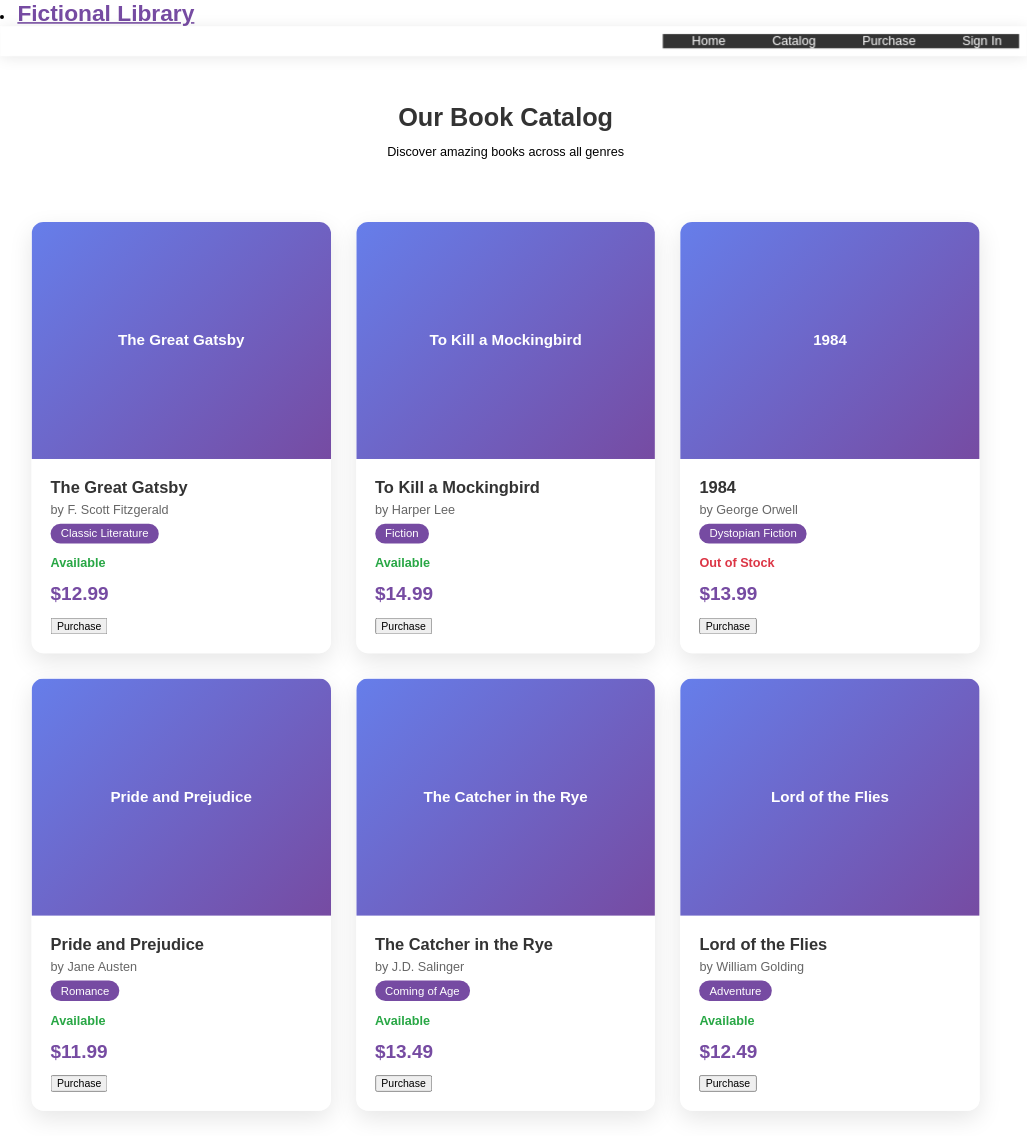
Repository: Ibrahim-Abohola/BookStore
Page: catalog.html
An editor plug-in stored every save of this project. The page is shown before and after the next save, followed by the edit.
The browser window is 1280 px wide. The page is 1300 px wide, so the pictures cover 1300 px, including what lies to the right of the window. The pictures show the whole page, at 79% of full size.

Above is the page before, as saved 2025-07-15 21:10:42.

### catalog.html
<!DOCTYPE html>
<html lang="en">
    <head>
    <meta charset="UTF-8">
    <meta name="viewport" content="width=device-width, initial-scale=1.0">
    <link rel="stylesheet" href="styles.css">
    <title>Catalog</title>
    </head>
    <body>
    <li><a href="Homepage.html" class = "logo">Fictional Library</a></li>
    <nav class="top-nav">
    <ul>
      <li><a href="Homepage.html">Home</a></li>
      <li><a href="catalog.html">Catalog</a></li>
      <li><a href="purchase.html">Purchase</a></li>
      <li><a href="signin.html">Sign In</a></li>
    </ul>
  </nav>
        <div class="catalog-header">
            <h2>Our Book Catalog</h2>
            <p>Discover amazing books across all genres</p>
        </div>
        <div class="container">
            <div class="books-grid">
                <div class="book-card">
                    <div class="book-cover">The Great Gatsby</div>
                    <div class="book-info">
                        <div class="book-title">The Great Gatsby</div>
                        <div class="book-author">by F. Scott Fitzgerald</div>
                        <div class="book-genre">Classic Literature</div>
                        <div class="availability available">Available</div>
                        <div class="price">$12.99</div>
                        <a href="purchase.html?title=Book%20Title%201&author=Author%20A&genre=Fiction&image=images/book1.jpg">
                        <button>Purchase</button>
                        </a>
                    </div>
                </div>

                <div class="book-card">
                    <div class="book-cover">To Kill a Mockingbird</div>
                    <div class="book-info">
                        <div class="book-title">To Kill a Mockingbird</div>
                        <div class="book-author">by Harper Lee</div>
                        <div class="book-genre">Fiction</div>
                        <div class="availability available">Available</div>
                        <div class="price">$14.99</div>
                        <a href="purchase.html?title=Book%20Title%201&author=Author%20A&genre=Fiction&image=images/book1.jpg">
                        <button>Purchase</button>
                        </a>                    </div>
                </div>

                <div class="book-card">
                    <div class="book-cover">1984</div>
                    <div class="book-info">
                        <div class="book-title">1984</div>
                        <div class="book-author">by George Orwell</div>
                        <div class="book-genre">Dystopian Fiction</div>
                        <div class="availability unavailable">Out of Stock</div>
                        <div class="price">$13.99</div>
                        <a href="purchase.html?title=Book%20Title%201&author=Author%20A&genre=Fiction&image=images/book1.jpg">
                        <button>Purchase</button>
                        </a>                    </div>
                </div>

                <div class="book-card">
                    <div class="book-cover">Pride and Prejudice</div>
                    <div class="book-info">
                        <div class="book-title">Pride and Prejudice</div>
                        <div class="book-author">by Jane Austen</div>
                        <div class="book-genre">Romance</div>
                        <div class="availability available">Available</div>
                        <div class="price">$11.99</div>
                        <a href="purchase.html?title=Book%20Title%201&author=Author%20A&genre=Fiction&image=images/book1.jpg">
                        <button>Purchase</button>
                        </a>                    </div>
                </div>

                <div class="book-card">
                    <div class="book-cover">The Catcher in the Rye</div>
                    <div class="book-info">
                        <div class="book-title">The Catcher in the Rye</div>
                        <div class="book-author">by J.D. Salinger</div>
                        <div class="book-genre">Coming of Age</div>
                        <div class="availability available">Available</div>
                        <div class="price">$13.49</div>
                        <a href="purchase.html?title=Book%20Title%201&author=Author%20A&genre=Fiction&image=images/book1.jpg">
                        <button>Purchase</button>
                        </a>                    </div>
                </div>

                <div class="book-card">
                    <div class="book-cover">Lord of the Flies</div>
                    <div class="book-info">
                        <div class="book-title">Lord of the Flies</div>
                        <div class="book-author">by William Golding</div>
                        <div class="book-genre">Adventure</div>
                        <div class="availability available">Available</div>
                        <div class="price">$12.49</div>
                        <a href="purchase.html?title=Book%20Title%201&author=Author%20A&genre=Fiction&image=images/book1.jpg">
                        <button>Purchase</button>
                        </a>                    </div>
                </div>
            </div>
        </div>
    </div>
    </body>
</html>

### styles.css
body {
    font-family: sans-serif;
    margin: 0;
    padding: 0;
}

.container {
    max-width: 1200px;
    margin: 0 auto;
    padding: 0 20px;
}

h2 {
    color: #333;
    font-size: 2rem;
    margin-bottom: 1rem;
}
nav {
    background: rgba(255, 255, 255, 0.95);
    backdrop-filter: blur(10px);
    padding: 1rem 0;
    position: fixed;
    width: 100%;
    top: 0;
    z-index: 1000;
    box-shadow: 0 2px 20px rgba(0, 0, 0, 0.1);
}
.logo {
            font-size: 1.8rem;
            font-weight: bold;
            color: #764ba2;
 }

nav.top-nav {
  display: flex;
  justify-content: flex-end;
  background: white;
  padding: 10px;
  position: sticky;
  top: 0;
  z-index: 1000;
}
nav.top-nav ul {
  display: flex;
  margin: 0;
  padding: 0;
}
nav.top-nav ul li {
  margin-left: 15px;
}
nav.top-nav ul li a {
  color: white;
  padding: 8px 12px;
}
nav.top-nav ul li a:hover {
  background-color: #2a2858ea;
  border-radius: 4px;
}

nav .container {
    display: flex;
    justify-content: space-between;
    align-items: center;
}

nav ul {
    display: flex;
    list-style: none;
    background: #333;
    padding: 10px;
}

nav ul li a {
    color: white;
    margin: 0 10px;
    text-decoration: none;
}

.hero {
    background: url('images/banner.jpg') center/cover;
    color: white;
    padding: 40px;
    text-align: center;
}

.highlights {
    padding: 4rem 0;
    background: rgba(255, 255, 255, 0.95);
}

.highlights h2 {
    text-align: center;
    margin-bottom: 3rem;
    color: #764ba2;
    font-size: 2.5rem;
}

.highlight-grid {
    display: grid;
    grid-template-columns: repeat(auto-fit, minmax(300px, 1fr));
    gap: 2rem;
}

.highlight-card {
    background: white;
    padding: 2rem;
    border-radius: 15px;
    box-shadow: 0 10px 30px rgba(0, 0, 0, 0.1);
    transition: transform 0.3s ease;
}

.highlight-card:hover {
    transform: translateY(-5px);
}

.highlight-card h3 {
    color: #764ba2;
    margin-bottom: 1rem;
}

.signin-container {
    display: flex;
    justify-content: center;
    align-items: center;
    min-height: calc(100vh - 80px);
}

.signin-form {
    background: rgba(255, 255, 255, 0.95);
    padding: 3rem;
    border-radius: 20px;
    box-shadow: 0 15px 35px rgba(0, 0, 0, 0.1);
    width: 100%;
    max-width: 400px;
    backdrop-filter: blur(10px);
}

.signin-form h2 {
    text-align: center;
    margin-bottom: 2rem;
    color: #764ba2;
    font-size: 2rem;
}

.form-group {
    margin-bottom: 1.5rem;
}

.form-group label {
    display: block;
    margin-bottom: 0.5rem;
    font-weight: 500;
}

.form-group input {
    width: 100%;
    padding: 0.8rem;
    border: 2px solid #e0e0e0;
    border-radius: 10px;
    font-size: 1rem;
    transition: border-color 0.3s ease;
}

.form-group input:focus {
    outline: none;
    border-color: #764ba2;
}

.signin-btn {
    width: 100%;
    padding: 1rem;
    background: linear-gradient(135deg, #667eea 0%, #764ba2 100%);
    color: white;
    border: none;
    border-radius: 10px;
    font-size: 1.1rem;
    font-weight: 600;
    cursor: pointer;
    transition: transform 0.3s ease;
}

.signin-btn:hover {
    transform: translateY(-2px);
}

.catalog {
    display: flex;
    flex-wrap: wrap;
    gap: 20px;
    padding: 20px;
}

.catalog-header {
    padding: 2rem 0;
    background: rgba(255, 255, 255, 0.95);
    text-align: center;
}

.catalog-header h1 {
    color: #764ba2;
    font-size: 2.5rem;
    margin-bottom: 1rem;
}

.books-grid {
    display: grid;
    grid-template-columns: repeat(auto-fit, minmax(300px, 1fr));
    gap: 2rem;
    padding: 2rem 0;
}

.book-card {
    background: rgba(255, 255, 255, 0.95);
    border-radius: 15px;
    overflow: hidden;
    box-shadow: 0 10px 30px rgba(0, 0, 0, 0.1);
    transition: transform 0.3s ease;
}

.book-card:hover {
    transform: translateY(-5px);
}

.book-cover {
    width: 100%;
    height: 300px;
    background: linear-gradient(135deg, #667eea, #764ba2);
    display: flex;
    align-items: center;
    justify-content: center;
    color: white;
    font-size: 1.2rem;
    font-weight: bold;
}

.book-info {
    padding: 1.5rem;
}

.book-title {
    font-size: 1.3rem;
    font-weight: bold;
    margin-bottom: 0.5rem;
    color: #333;
}

.book-author {
    color: #666;
    margin-bottom: 0.5rem;
}

.book-genre {
    background: #764ba2;
    color: white;
    padding: 0.3rem 0.8rem;
    border-radius: 20px;
    font-size: 0.9rem;
    display: inline-block;
    margin-bottom: 1rem;
}

.availability {
    font-weight: bold;
    margin-bottom: 1rem;
}

.available {
    color: #28a745;
}

.unavailable {
    color: #dc3545;
}

.purchase-btn {
    width: 100%;
    padding: 0.8rem;
    background: linear-gradient(135deg, #667eea, #764ba2);
    color: white;
    border: none;
    border-radius: 10px;
    font-weight: 600;
    cursor: pointer;
    transition: transform 0.3s ease;
}

.purchase-btn:hover {
    transform: translateY(-2px);
}

.purchase-btn:disabled {
    background: #ccc;
    cursor: not-allowed;
    transform: none;
}

.purchase-container {
    padding: 2rem 0;
    min-height: calc(100vh - 80px);
}

.purchase-content {
    display: grid;
    grid-template-columns: 1fr 1fr;
    gap: 3rem;
    max-width: 1000px;
    margin: 0 auto;
}

.book-details {
    background: rgba(255, 255, 255, 0.95);
    padding: 2rem;
    border-radius: 15px;
    box-shadow: 0 10px 30px rgba(0, 0, 0, 0.1);
}

.purchase-form-container {
    background: rgba(255, 255, 255, 0.95);
    padding: 2rem;
    border-radius: 15px;
    box-shadow: 0 10px 30px rgba(0, 0, 0, 0.1);
}

.purchase-form h2 {
    color: #764ba2;
    margin-bottom: 1.5rem;
}

.price {
    font-size: 1.5rem;
    font-weight: bold;
    color: #764ba2;
    margin: 1rem 0;
}

.book {
    border: 1px solid #ccc;
    padding: 10px;
    width: calc(33.333% - 40px);
}

footer {
    margin-top: 40px;
    padding: 10px;
    background: #f1f1f1;
    text-align: center;
}

After the next save:
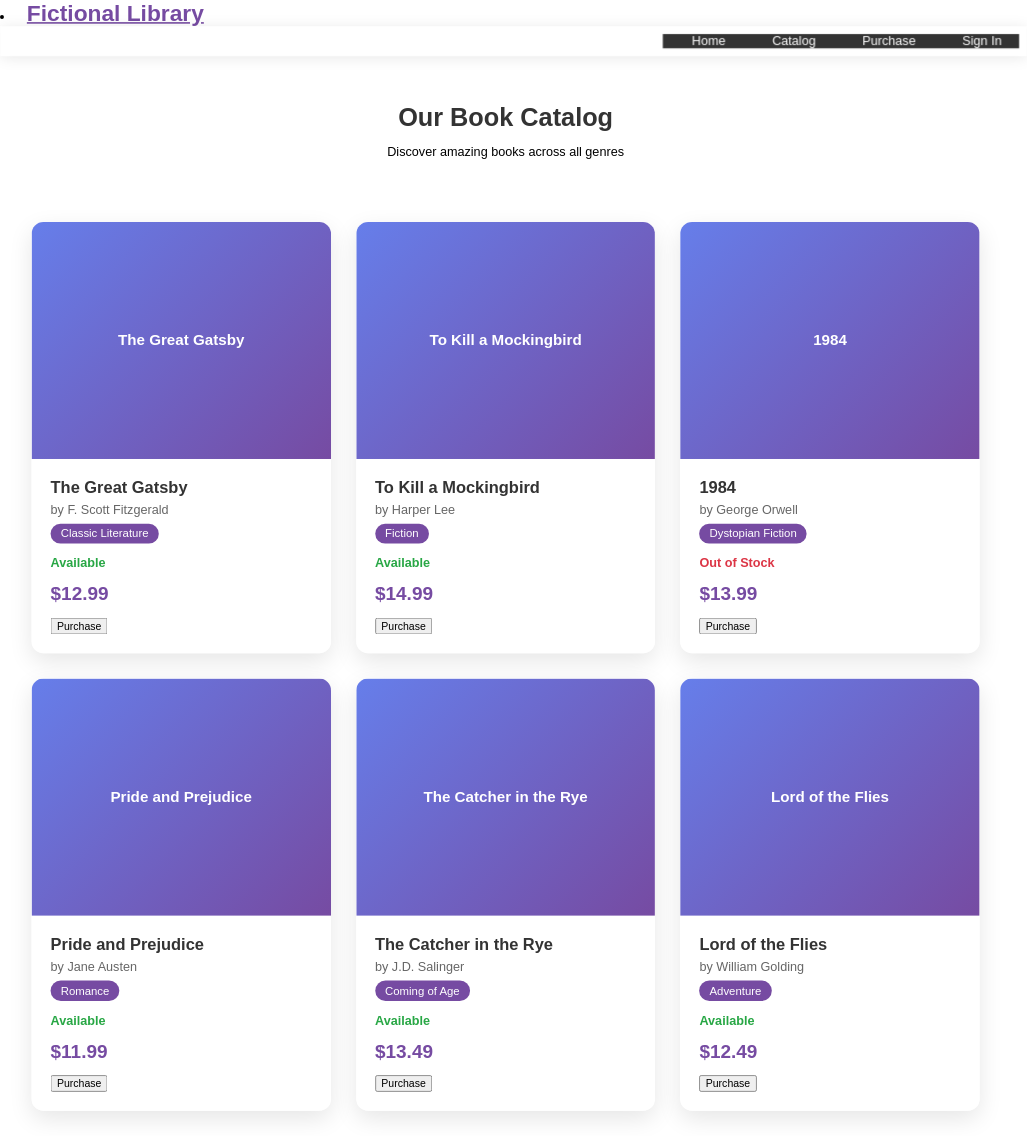
Saved 79 s later.
--- a/styles.css
+++ b/styles.css
@@ -29,6 +29,7 @@
             font-size: 1.8rem;
             font-weight: bold;
             color: #764ba2;
+            padding: 8px 12px;
  }
 
 nav.top-nav {
